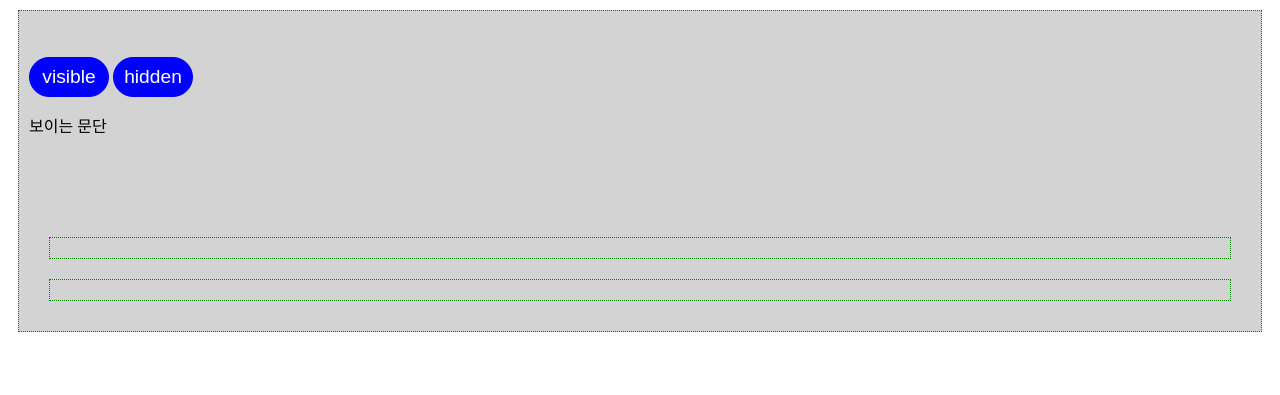
Repository: JJaeHwan/HTML
Page: jquerypro/WebContent/0112/Visibility필터.html
The author's editor kept a copy of each file at every save. The page is drawn from the files as they stood at one save, then again after the next save.
The browser window is 1280 px wide. The pictures show the whole page.
After loading, the first visible `#btn2` was clicked once.

Above is the page before, as saved 2023-01-12 05:58:09.

After the next save:
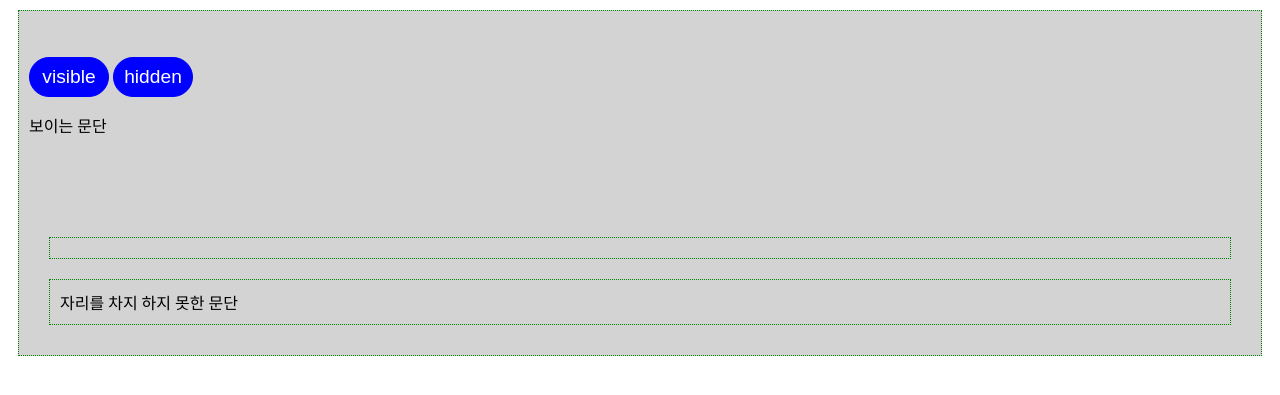
Saved 17 s later.
--- a/jquerypro/WebContent/0112/Visibility필터.html
+++ b/jquerypro/WebContent/0112/Visibility필터.html
@@ -24,6 +24,9 @@ $(function() {
 		$('p:hidden').each(function() {
 			str += $(this).text() + "<br>";
 		})
+
+		$('#hidden').html(str);
+
 	})
 
 })
